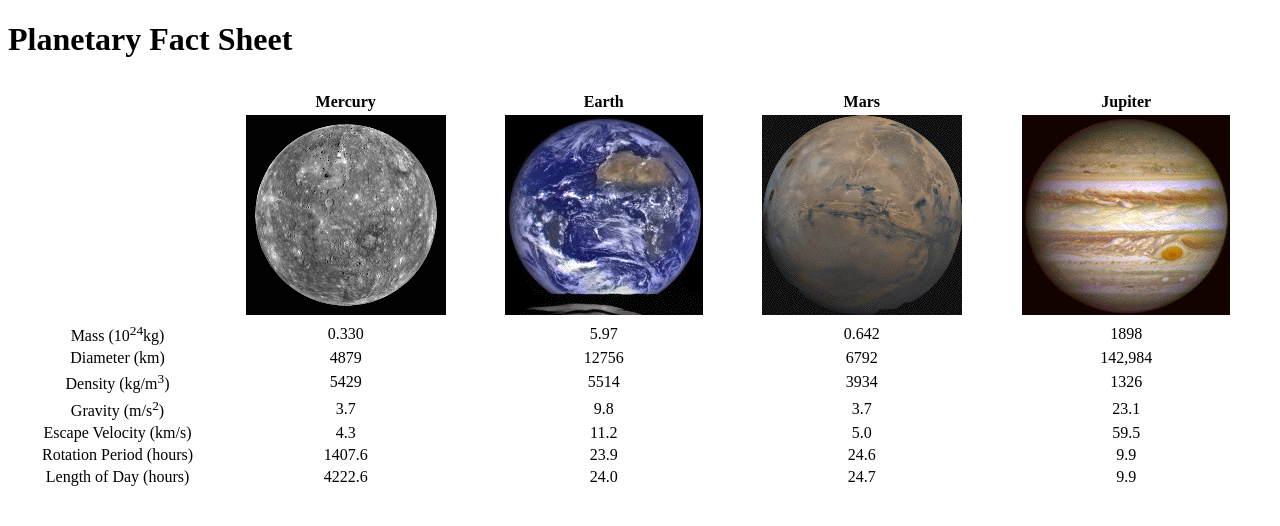
Repository: rishondass/ITMD361-Lab5
Page: index.html
The author's editor kept a copy of each file at every save. The page is drawn from the files as they stood at one save, then again after a run of saves.
The browser window is 1280 px wide. The pictures show the whole page.

Above is the page before, as saved 2023-02-22 19:03:06.

After the next 2 saves:
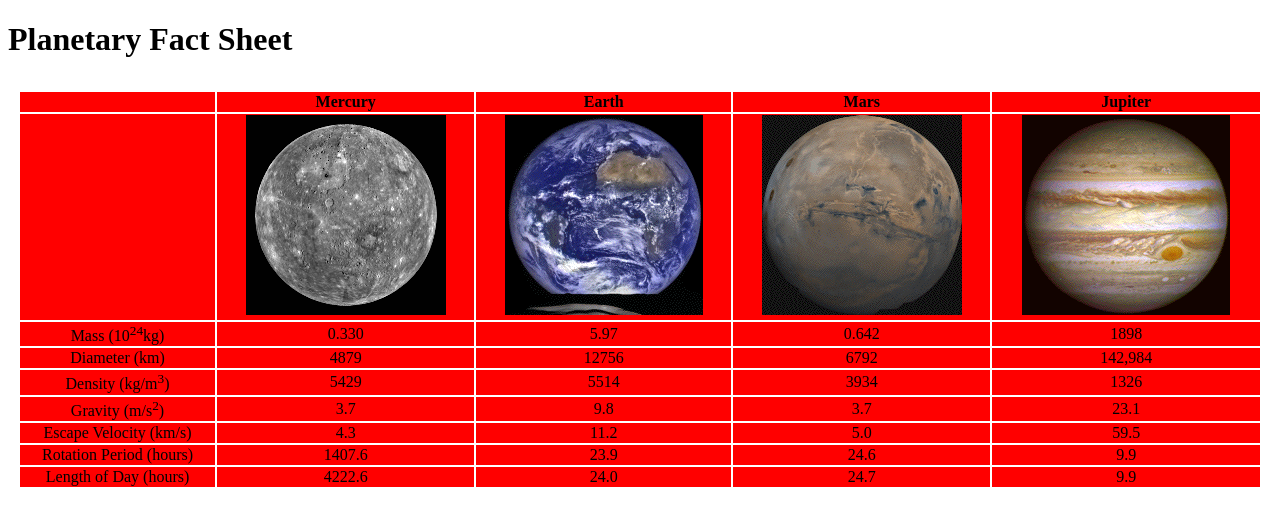
The 2 saves are shown as one change because they came seconds apart.
The last was saved 15 s later.
--- a/css/style.css
+++ b/css/style.css
@@ -7,7 +7,7 @@
   /* height: 80vh; */
 }
 
-#planets > tr{
+#planets tr{
   padding: 30px;
   background-color: red;
 }
